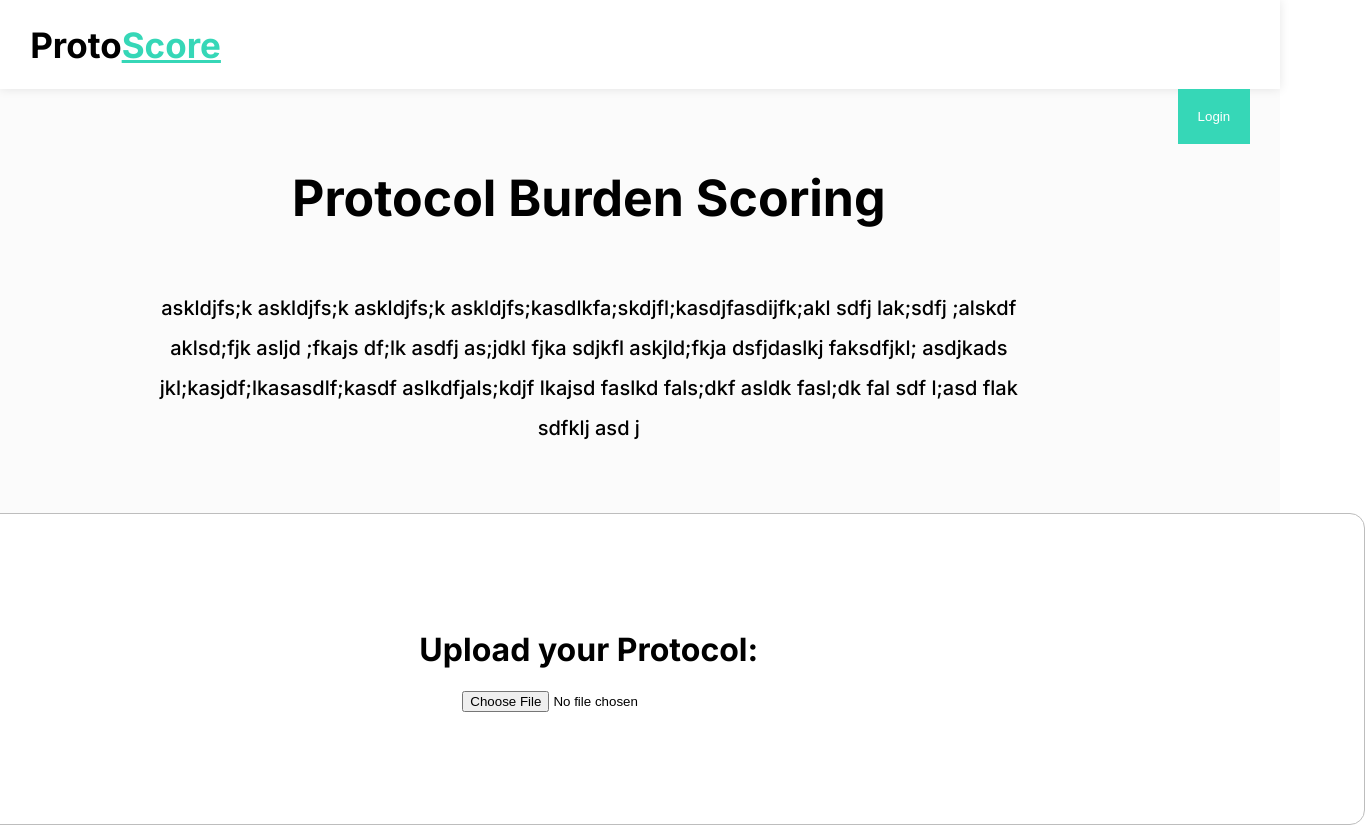
Repository: evanc108/Regeneron2024
Page: / (app in regeneron/)
These files come from the project's save history. The page is drawn as it stood at one moment and after the next save; the edit follows.
The browser window is 1280 px wide. The page is 1365 px wide, then 1370 px, so the pictures cover 1370 px, including what lies to the right of the window. The pictures show the whole page.
The project was rebuilt for these pictures with package versions that can differ from the ones it lists, and the page was loaded fresh each time.

Above is the page before, as saved 2024-05-14 02:34:31.

### regeneron/src/App.js
import './App.css';
import React, { useState } from 'react';
import Feedback from './pages/Feedback';


function App() {
  return (
    <div className="App">
      <div style={{backgroundColor: "white", width: "100%", padding: "0.2px", boxShadow: "0px 0px 10px rgba(0, 0, 0, 0.1)"}}>
        <h1 style={{ marginLeft: "30px", fontSize: "35px", textAlign: "left"}}>
          <span style={{color: "black"}}>Proto</span>
          <span style={{color: "#36d7b7", textDecoration: "underline"}}>Score</span>
        </h1>
        <button style={{float: "right", marginRight: "30px", backgroundColor:"#36d7b7", border:"none", color:"white", padding:"20px"}}>Login</button>
      </div>


      {/* <input value={inputValue} onChange={handleChange}></input>
      <button onClick={sendRequest}>Click me</button>
      <div>
        <p>Physical Burden: {burden.physical}</p>
        <p>Logistical Burden: {burden.logistical}</p>
        <p>Financial: {burden.financial}</p>
        <p>Psychological Burden: {burden.psychological}</p>
      </div> */}
      <Feedback></Feedback>
    </div>
  );
}

export default App;

### regeneron/src/App.css
.App {
  text-align: center;
  background-color: #fbfbfb;
  margin: 0;
  height: 110vh;
}

body {
  font-family: 'Inter', sans-serif;
  margin: 0;
  padding: 0;
  height: 110vh;
}

.App-logo {
  height: 40vmin;
  pointer-events: none;
}

@media (prefers-reduced-motion: no-preference) {
  .App-logo {
    animation: App-logo-spin infinite 20s linear;
  }
}

.App-header {
  background-color: #282c34;
  min-height: 100vh;
  display: flex;
  flex-direction: column;
  align-items: center;
  justify-content: center;
  font-size: calc(10px + 2vmin);
  color: white;
}

.App-link {
  color: #61dafb;
}

@keyframes App-logo-spin {
  from {
    transform: rotate(0deg);
  }
  to {
    transform: rotate(360deg);
  }
}

### regeneron/src/pages/Feedback.js
import React, { useState } from 'react';
import '../styles/feedback.css';
import { handleExtraction } from '../openAIServices';
import { PropagateLoader } from 'react-spinners';

function Feedback() {
    const [fileUploaded, setFileUploaded] = useState(false);
    const [loading, setLoading] = useState(false);
    const [burden, setBurden] = useState({});
    const [pdfUrl, setPdfUrl] = useState("");

    const handleFileUpload = async (text) => {
        setLoading(true);
        // Uncomment and use when API is connected
        // const response = await handleExtraction(text);
        // setBurden(response);
        setFileUploaded(true);
        setLoading(false);
    };

    function extractText(event) {
        const file = event.target.files[0];
        if (file) {
            const url = URL.createObjectURL(file);
            setPdfUrl(url);
            setFileUploaded(true);

            const reader = new FileReader();
            reader.onload = async (e) => {
                const text = await reader.result;
                console.log(text);
                handleFileUpload(text);
            };
            reader.readAsText(file);
        }
    }

    return (
        <div className="feedback-container">
            {!fileUploaded && (
                <div style={{display:"flex", flexDirection:"column", justifyContent:"center", alignItems:"center", marginTop:"5%"}}>
                    <div className="onboarding">
                        <h1 style={{fontSize:"50px", marginBottom:"40px"}}>Protocol Burden Scoring</h1>
                        <p style={{textOverflow: "ellipsis", whiteSpace: "normal", width: "900px", lineHeight:"40px"}}>
                            askldjfs;k askldjfs;k askldjfs;k askldjfs;kasdlkfa;skdjfl;kasdjfasdijfk;akl sdfj lak;sdfj ;alskdf aklsd;fjk asljd ;fkajs df;lk asdfj as;jdkl fjka sdjkfl askjld;fkja dsfjdaslkj faksdfjkl; asdjkads jkl;kasjdf;lkasasdlf;kasdf aslkdfjals;kdjf lkajsd faslkd fals;dkf asldk fasl;dk fal sdf l;asd flak sdfklj asd j</p>
                    </div>
                    <div className='upload-file'>
                        {!fileUploaded && !loading && (
                            <div>
                                <h1>Upload your Protocol:</h1>
                                <input
                                    type="file"
                                    accept=".pdf"
                                    onChange={extractText}
                                />
                            </div>
                        )}
                        {loading && (
                            <div style={{ marginTop: "30px" }}>
                                <h2>Calculating Burden...</h2>
                                <PropagateLoader color="#36d7b7" />
                            </div>
                        )}
                    </div>
                </div>
            )}

            {fileUploaded && !loading && (
                <div className="protocol-container">
                    <div className="iframe-container">
                        <iframe src={pdfUrl} style={{ width: '100%', height: '100%' }}></iframe>
                    </div>
                </div>
            )}
            {fileUploaded && !loading && (
                <div className="score-container">
                    <div>
                        <p style={{ fontSize: '17px', fontWeight: '300', marginBottom: '-3px' }}>Burden Score</p>
                        <span style={{ fontSize: '50px', fontWeight: '600' }}>{burden.score || 'N/A'}</span>
                    </div>
                </div>
            )}
        </div>
    );
}

export default Feedback;

### regeneron/src/styles/feedback.css
.feedback-container {
    display: flex;
    flex-direction: row;
    justify-content: center;
    margin-top: -2.5%;
}

.onboarding {
    font-size: 20px;
    font-weight: 500;
    margin-top: 2%;
    display: flex;
    flex-direction: column;
    justify-content: center;
    align-items: center;
}

.upload-file {
    border-color: rgb(189, 189, 189);
    border-width: 1px;
    border-style: solid;
    padding-left: 100px;
    padding-right: 100px;
    width: 150%;
    height: 30vh;
    margin-top: 5%;
    border-radius: 15px;
    background-color: white;
    overflow: hidden;
    padding-top: 10.5%;
}

.protocol-container {
    border-color: rgb(189, 189, 189);
    border-width: 1px;
    border-style: solid;
    padding-left: 100px;
    padding-right: 100px;
    width: 40%;
    height: 68vh;
    margin-top: 5%;
    border-radius: 15px;
    background-color: white;
    overflow: hidden;
    padding-top: 10.5%;
}

.score-container {
    border-color: rgb(189, 189, 189);
    border-width: 1px;
    border-style: solid;
    padding: 100px;
    width: 10%;
    height: 65.3vh;
    margin-top: 5%;
    border-radius: 15px;
    background-color: white;
    margin-left: 30px;
}

.score {
    font-size: large;
}

.unique-score {
    font-size: 86px;
    font-weight: 500;
}


.iframe-container {
    top: -28%;
    width: 130%;
    left: -15%;
    height: 150%;  /* Adjust height as needed */
    overflow: hidden;
    position: relative;
}

Loaded but not shown: regeneron/public/index.html (common file); regeneron/src/index.js (common file); regeneron/src/openAIServices.js (no copy from this time; the picture is the same without it)

After the next save:
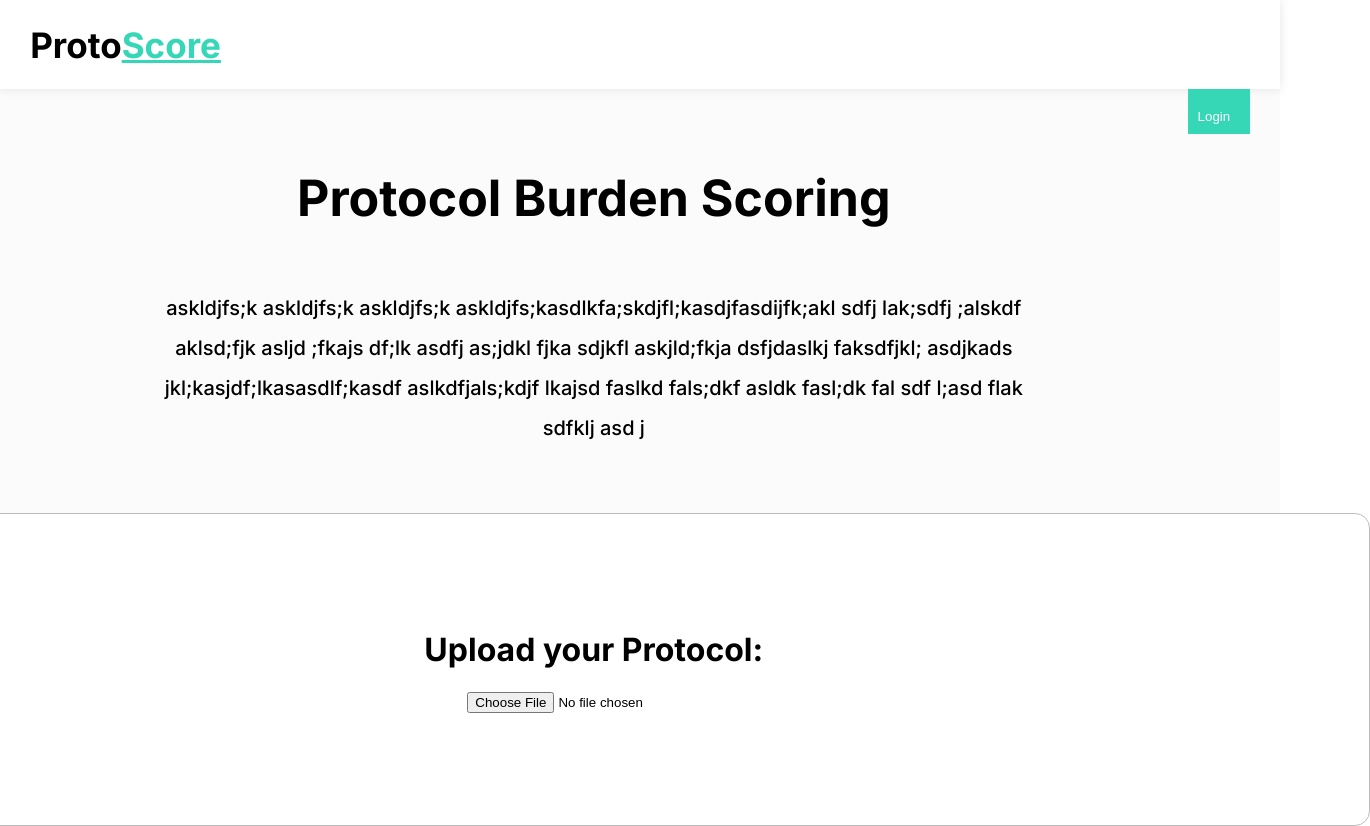
Saved 13 s later.
--- a/regeneron/src/App.js
+++ b/regeneron/src/App.js
@@ -11,7 +11,7 @@ function App() {
           <span style={{color: "black"}}>Proto</span>
           <span style={{color: "#36d7b7", textDecoration: "underline"}}>Score</span>
         </h1>
-        <button style={{float: "right", marginRight: "30px", backgroundColor:"#36d7b7", border:"none", color:"white", padding:"20px"}}>Login</button>
+        <button style={{float: "right", marginRight: "30px", backgroundColor:"#36d7b7", border:"none", color:"white", padding:"20px 20px 10px 10px"}}>Login</button>
       </div>
 
 
